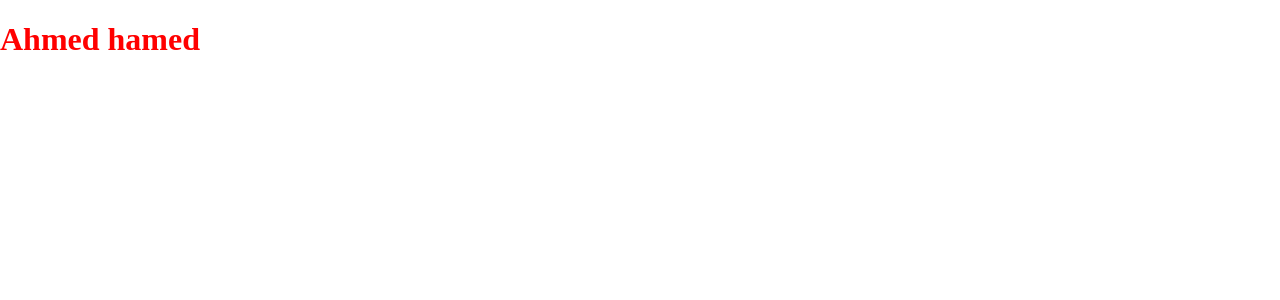
Repository: ahmedhamed15/React-Todo
Page: /
The author's editor kept a copy of each file at every save. The page is drawn from the files as they stood at one save, then again after the next save.
The browser window is 1280 px wide. The pictures show the whole page.
The project was rebuilt for these pictures with package versions that can differ from the ones it lists, and the page was loaded fresh each time.

Above is the page before, as saved 2021-07-26 14:07:47.

After the next save:
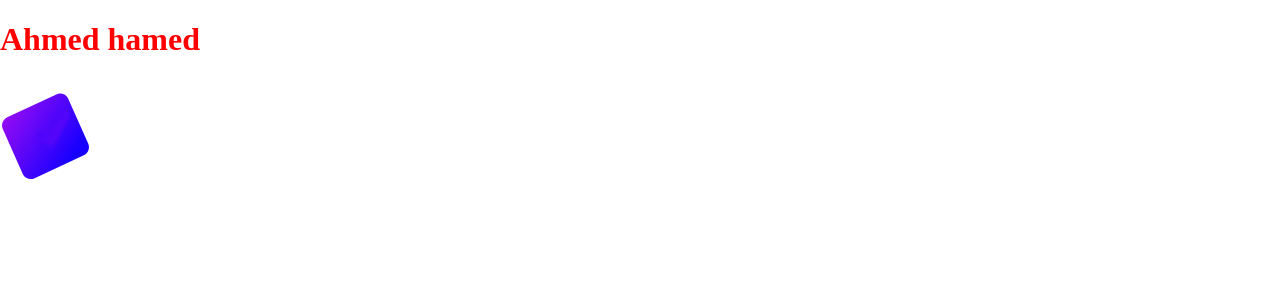
Saved 16 s later.
--- a/src/App.js
+++ b/src/App.js
@@ -4,6 +4,7 @@
   return (
     <div className="App">
       <h1> Ahmed hamed </h1>
+      <MainLogo />
     </div>
   );
 }
